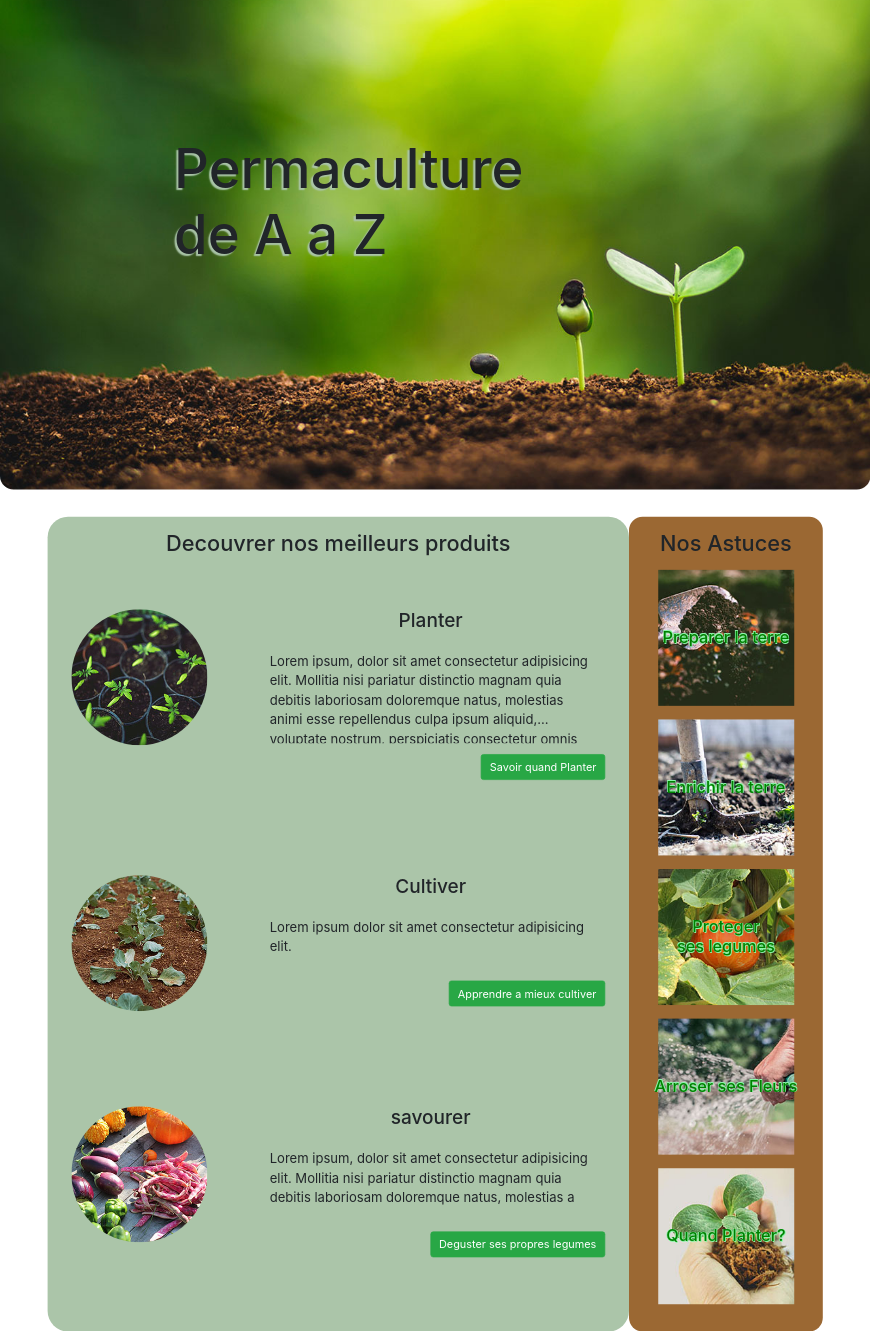
Repository: ahthionkevin/permaculture
Page: index.html
These files come from the project's save history. The page is drawn as it stood at one moment and after the next save; the edit follows.
The browser window is 1280 px wide. The pictures show the whole page, at 68% of full size.
Backgrounds fixed to the window are drawn as part of the page.

Above is the page before, as saved 2021-07-06 22:18:24.

### index.html
<!DOCTYPE html>
<html lang="fr">
<head>
    <meta charset="UTF-8">
    <meta http-equiv="X-UA-Compatible" content="IE=edge">
    <meta name="viewport" content="width=device-width, initial-scale=1.0">
    <title>Document</title>
    <link rel="stylesheet" href="./bootstrap.css">
    <link rel="stylesheet" href="./style.css">
</head>
<body>
    <header>
        <h1>Permaculture <br>de A a Z</h1>
    </header>
    <div class="container">
        <div class="row">
            <div class="col-lg-9" id="leftPart">
                <h2>Decouvrer nos meilleurs produits</h2>
                <div class="container">
                    <div class="row element">
                        <div class="col-sm-4">
                            <img src="./media/planter.jpg" alt="planter">
                        </div>
                        <div class="col-sm-8">
                            <h3>Planter</h3>
                            <p>Lorem ipsum, dolor sit amet consectetur adipisicing elit. Mollitia nisi pariatur distinctio magnam quia debitis laboriosam doloremque natus, molestias animi esse repellendus culpa ipsum aliquid, voluptate nostrum, perspiciatis consectetur omnis ipsa beatae? Debitis commodi rem voluptatum porro illo accusantium voluptas.</p>
                            <div class="bouton">
                                <button class="btn btn-success">Savoir quand Planter</button>
                            </div>

                        </div>
                    </div>

                    <div class="row element">
                        <div class="col-sm-4">
                            <img src="./media/cultiver.jpg" alt="cultiver">
                        </div>
                        <div class="col-sm-8">
                            <h3>Cultiver</h3>
                            <p>Lorem ipsum dolor sit amet consectetur adipisicing elit.</p>
                            <div class="bouton">
                                <button class="btn btn-success">Apprendre a mieux cultiver</button>
                            </div>

                        </div>
                    </div>

                    <div class="row element">
                        <div class="col-sm-4">
                            <img src="./media/savourer.jpg" alt="savourer">
                        </div>
                        <div class="col-sm-8">
                            <h3>savourer</h3>
                            <p>Lorem ipsum, dolor sit amet consectetur adipisicing elit. Mollitia nisi pariatur distinctio magnam quia debitis laboriosam doloremque natus, molestias a</p>
                            <div class="bouton">
                                <button class="btn btn-success">Deguster ses propres legumes</button>
                            </div>

                        </div>
                    </div>
                </div>
            </div>

            <div class="col-lg-3" id="rightPart">
                <h2>Nos Astuces</h2>
                <div class="tips" style="background: url(./media/preparer.jpeg) no-repeat 50% 50%;">
                    <h4>Preparer la terre</h4>
                </div>

                <div class="tips" style="background: url(./media/enrichir.jpeg) no-repeat 50% 50%;">
                    <h4>Enrichir la terre</h4>
                </div>

                <div class="tips" style="background: url(./media/proteger.jpg) no-repeat 50% 50%;">
                    <h4>Proteger <br>ses legumes</h4>
                </div>

                <div class="tips" style="background: url(./media/arroser.jpg) no-repeat 50% 50%;">
                    <h4>Arroser ses Fleurs</h4>
                </div>

                <div class="tips" style="background: url(./media/quand-planter.jpeg) no-repeat 50% 50%;">
                    <h4>Quand Planter?</h4>
                </div>
            </div>
        </div>
    </div>

</body>
</html>

### style.css
html{
    scroll-behavior: smooth;
}

h2, h3, h4, .nav-item, #transition, footer{
    text-align: center;
}

header{
    background: url(./media/main.jpg) no-repeat fixed 50% 50%;
    background-size: cover;
    height: 100vh;
    border-radius: 0 0 20px 20px;
    margin-bottom: 40px;
}

h1{
    font-size: 5rem;
    padding: 200px 0 0 20%;
    text-shadow: -3px 3px 2px #abc5a9;
    animation: titre ease 3.5s;
}

@keyframes titre {
    0%{
        opacity: 0;
        transform: translate(0px,180px);
    }
    100%{
        opacity: 1;
        transform: translate(0px,0px);
    }
}


/* *******************LEFT PART***************** */
#leftPart{
    background-color: #abc5a9;
    border-radius: 30px;
    padding: 20px;
}

.element{
    padding: 70px 0;
}

.element img{
    border-radius: 50%;
    width: 200px;
}

.element p{
    font-size: 1.2rem;
    display: -webkit-box;
    -webkit-box-orient: vertical;
    -webkit-line-clamp: 4;
    overflow: hidden;
    padding: 20px;
}
.element .bouton{
    text-align: right;
    max-width: 15px 4% 0 0;
}


/* ***************RIGHT PART*********** */
#rightPart{
    background-color: #9b6833;
    border-radius: 20px;
    padding: 20px;
}

.tips{
    height: 200px;
    margin: 20px auto;
}

.tips h4{
    position: relative;
    color: green;
    top: 50%;
    transform: translateY(-50%);
    text-shadow: 1px 1px 0  #8cf5a9,1px -1px 0  #8cf5a9,-1px -1px 0  #8cf5a9;
}

Loaded but not shown: bootstrap.css (library)

After the next save:
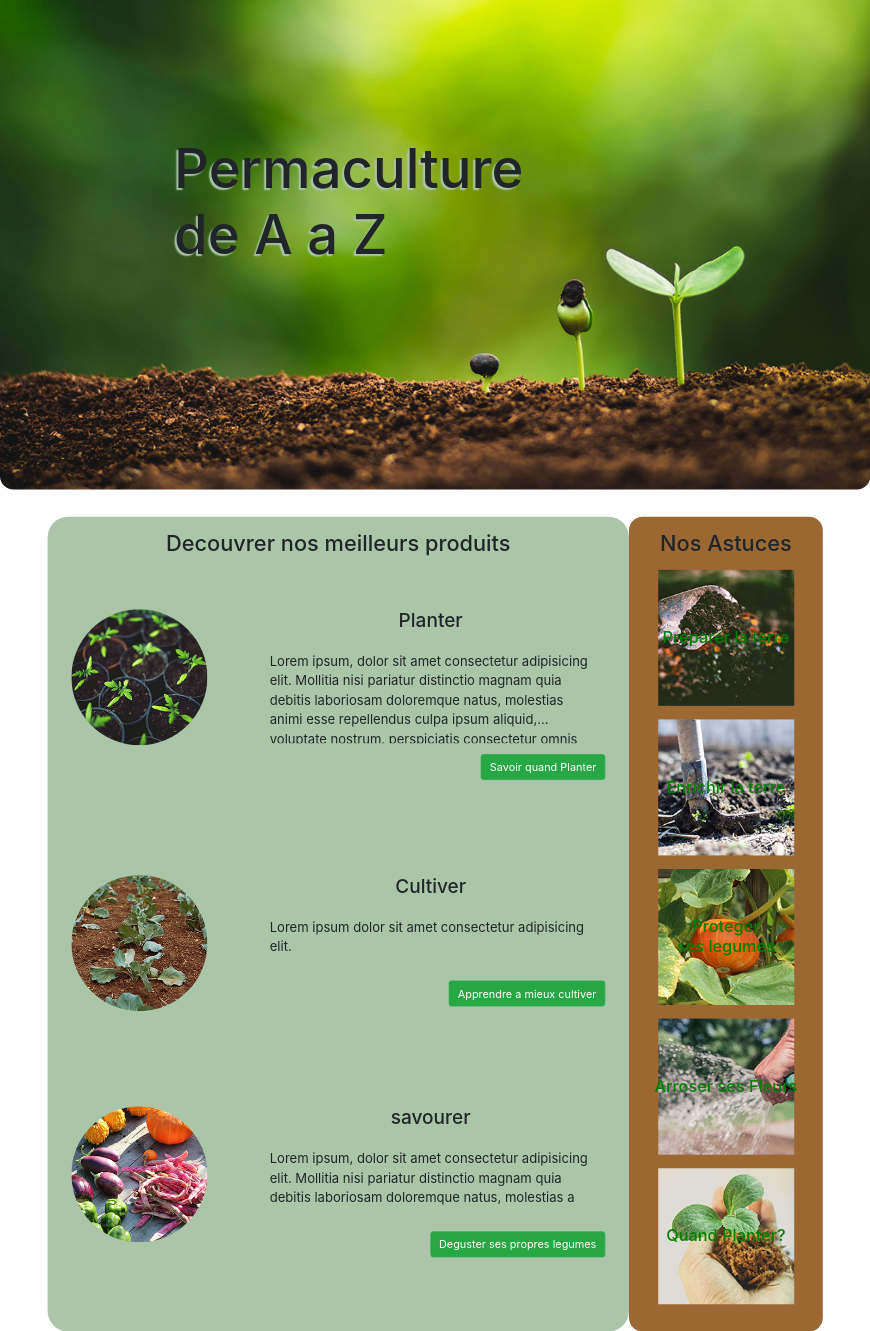
Saved 37 s later.
--- a/style.css
+++ b/style.css
@@ -80,5 +80,5 @@
     color: green;
     top: 50%;
     transform: translateY(-50%);
-    text-shadow: 1px 1px 0  #8cf5a9,1px -1px 0  #8cf5a9,-1px -1px 0  #8cf5a9;
+    text-shadow: 1px 1px 0  #8cf5a9,1px -1px 0  #8cf5a9,-1px -1px 0  #8cf5a9,-1px 0px 0  #8cf5a9,;
 }

After the 3 saves that followed:
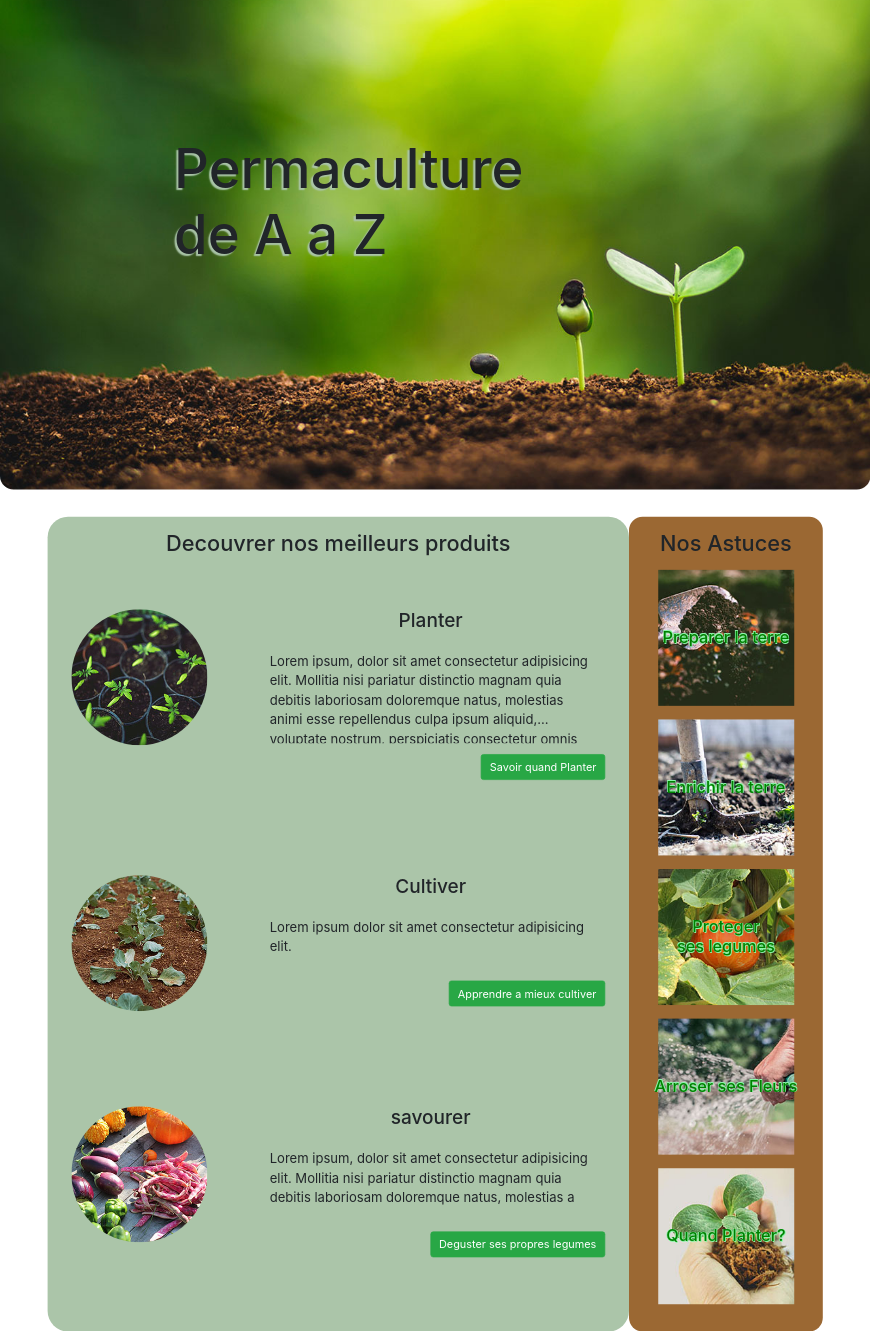
The 3 saves are shown as one change because 2 left the picture as it was.
The last was saved 60 s later.
--- a/style.css
+++ b/style.css
@@ -80,5 +80,5 @@
     color: green;
     top: 50%;
     transform: translateY(-50%);
-    text-shadow: 1px 1px 0  #8cf5a9,1px -1px 0  #8cf5a9,-1px -1px 0  #8cf5a9,-1px 0px 0  #8cf5a9,;
+    text-shadow: 1px 1px 0  #8cf5a9,1px -1px 0  #8cf5a9,-1px -1px 0  #8cf5a9;
 }
